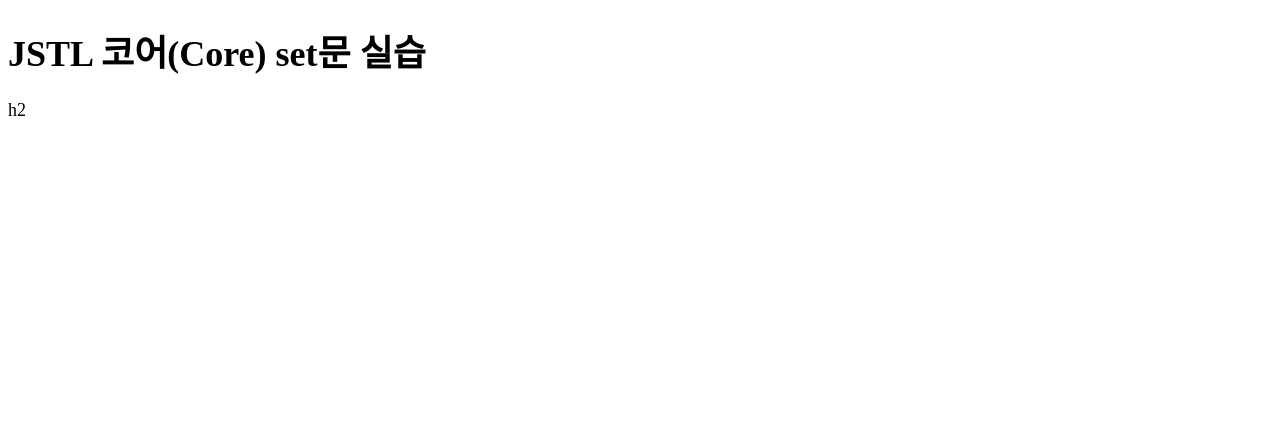
Repository: onpul/Web
Page: http://localhost/WebApp22/Test7.jsp
An editor plug-in stored every save of this project. The page is shown before and after the next save, followed by the edit.
The browser window is 1280 px wide. The pictures show the whole page.
The page is served by Tomcat 9.

Above is the page before, as saved 2022-04-29 08:46:56.

After the next save:
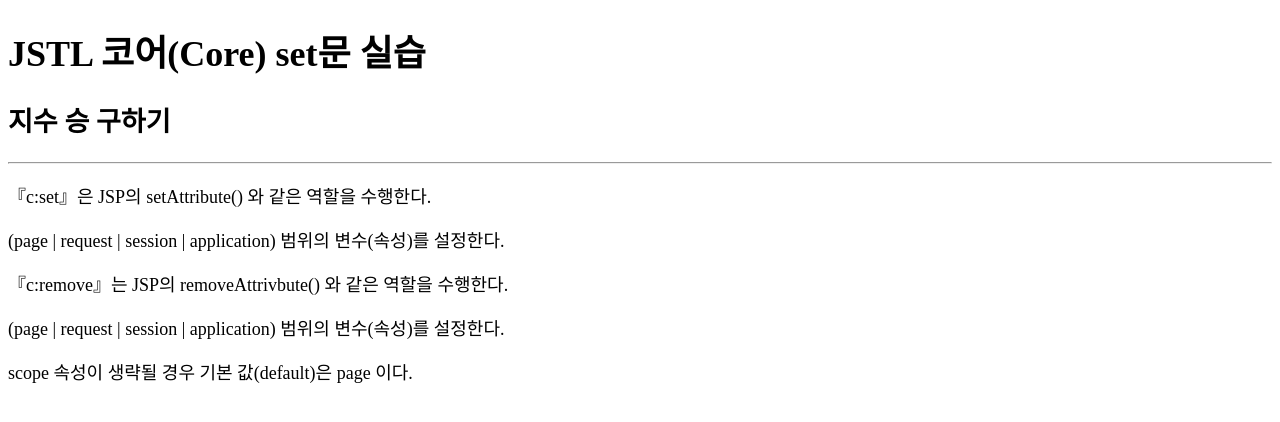
Saved 2 min 1 s later.
--- a/WebApp22/WebContent/Test7.jsp
+++ b/WebApp22/WebContent/Test7.jsp
@@ -15,7 +15,18 @@
 
 <div>
 	<h1>JSTL 코어(Core) set문 실습</h1>
-	h2
+	<h2>지수 승 구하기</h2>
+	<hr>
+</div>
+
+<div>
+	<p>『c:set』은 JSP의 setAttribute() 와 같은 역할을 수행한다.</p>
+	<p>(page | request | session | application)
+	   범위의 변수(속성)를 설정한다.</p>
+	<p>『c:remove』는 JSP의 removeAttrivbute() 와 같은 역할을 수행한다.</p>
+	<p>(page | request | session | application)
+	   범위의 변수(속성)를 설정한다.</p>
+	<p>scope 속성이 생략될 경우 기본 값(default)은 page 이다.</p>
 </div>
 
 </body>
